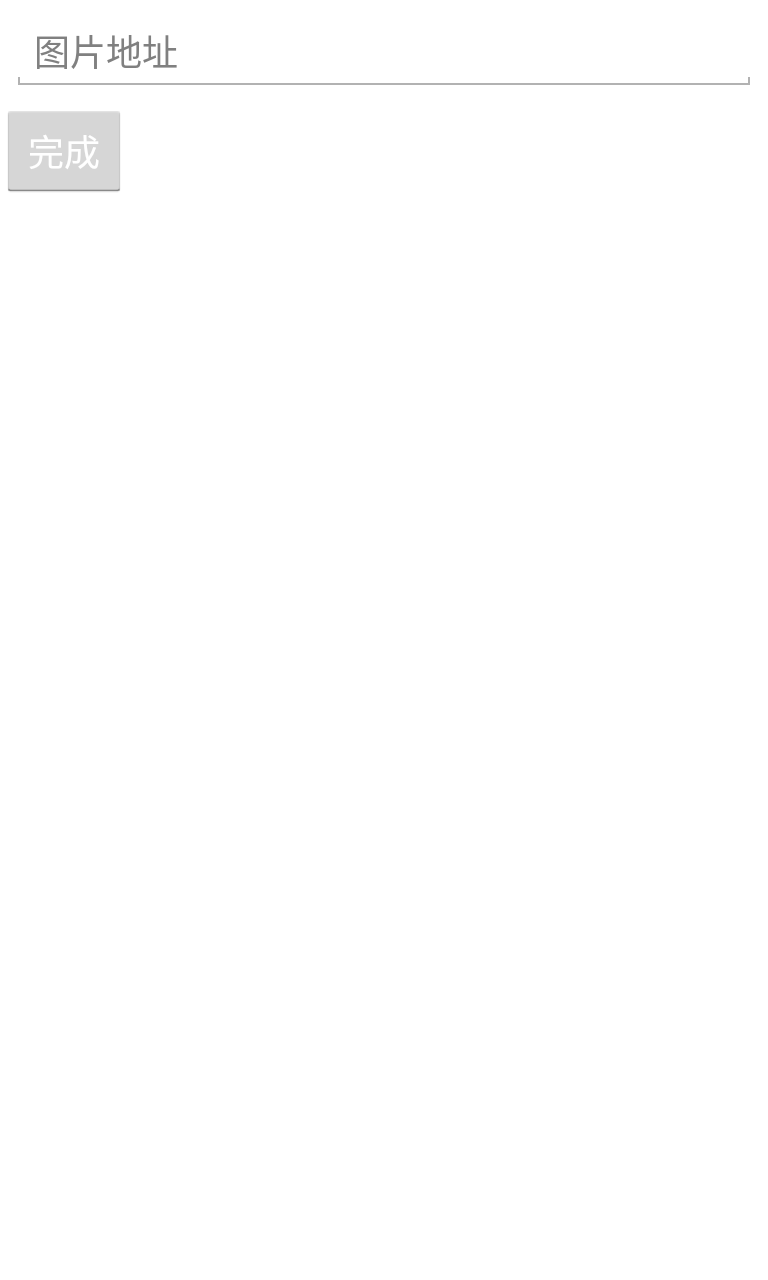
Repository: taiyang0725/Android
Layout: TestViewPage/res/layout/net_pic.xml
The author's editor kept a copy of each file at every save. The layout is drawn from the files as they stood at one save, then again after the next save.
It is drawn on a 768 x 1280 px phone screen (xhdpi) without system bars, with theme AppTheme; the app's code is not run.

Above is the layout before, as saved 2015-05-14 07:10:09.

After the next save:
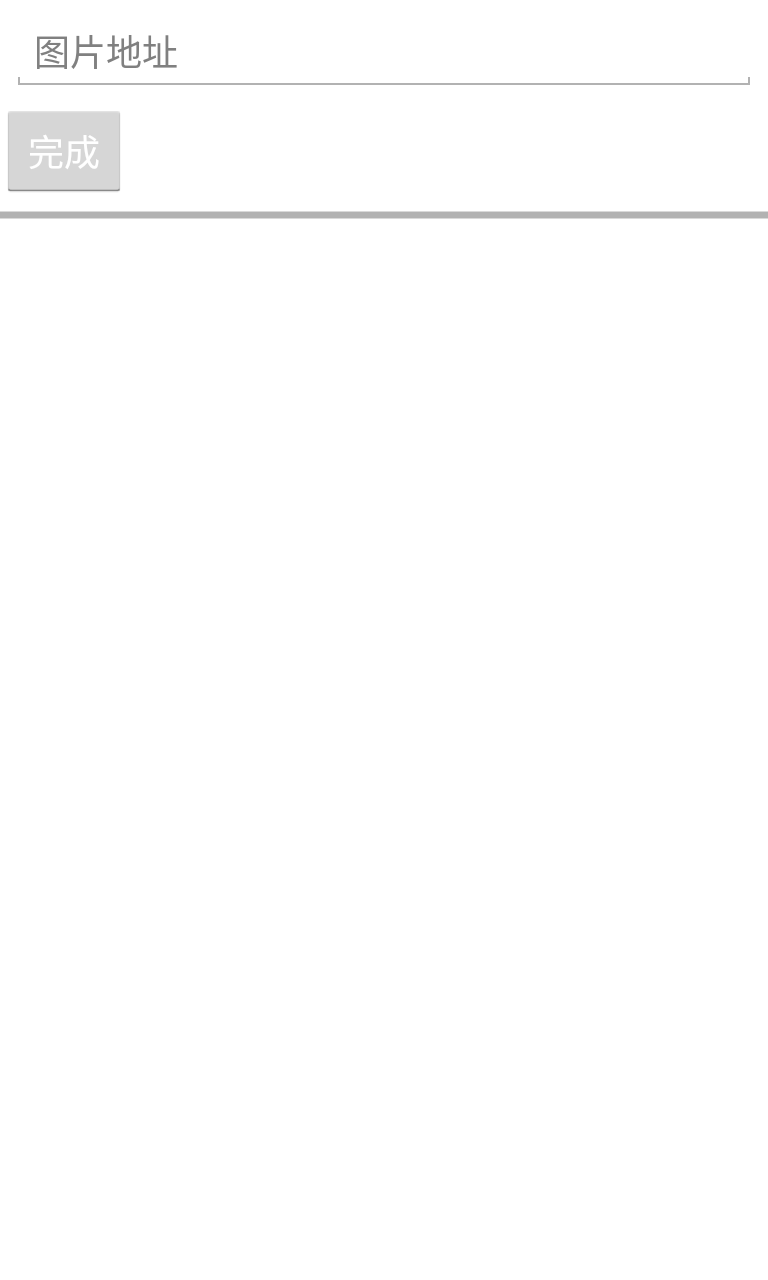
Saved 53 s later.
--- a/TestViewPage/res/layout/net_pic.xml
+++ b/TestViewPage/res/layout/net_pic.xml
@@ -19,7 +19,11 @@
         android:textColor="#FFFFFF"
         />
 
-
+    <ProgressBar
+        android:id="@+id/progressBar1"
+        style="?android:attr/progressBarStyleHorizontal"
+        android:layout_width="match_parent"
+        android:layout_height="wrap_content" />
 
     <ImageView
         android:id="@+id/img_net"

After the save that followed:
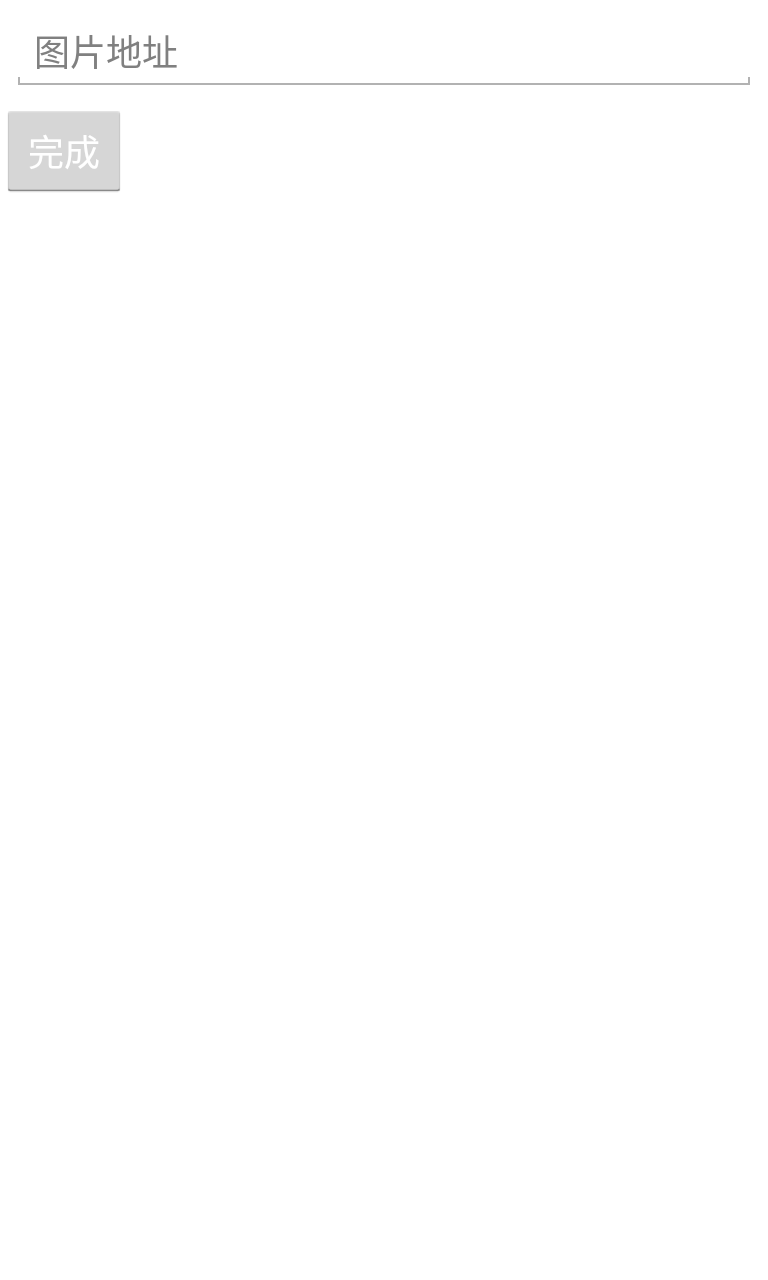
Saved 2 min 0 s later.
--- a/TestViewPage/res/layout/net_pic.xml
+++ b/TestViewPage/res/layout/net_pic.xml
@@ -23,7 +23,8 @@
         android:id="@+id/progressBar1"
         style="?android:attr/progressBarStyleHorizontal"
         android:layout_width="match_parent"
-        android:layout_height="wrap_content" />
+        android:layout_height="wrap_content"
+        android:visibility="gone" />
 
     <ImageView
         android:id="@+id/img_net"
